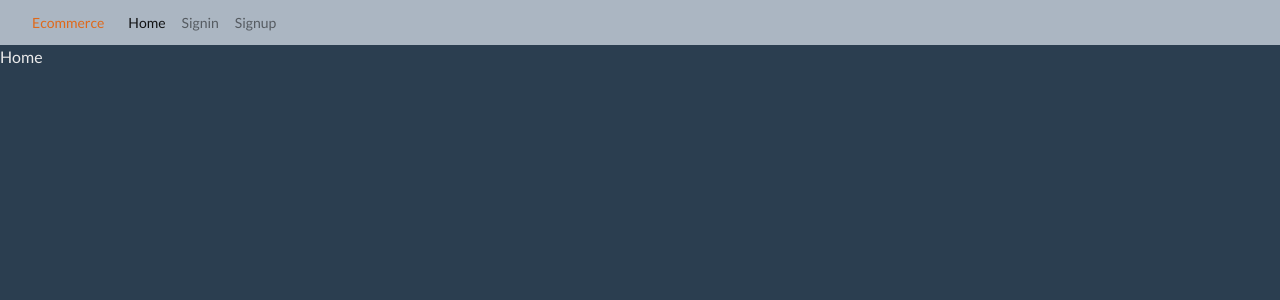
Repository: godlikeAlex/ecommerce-frontend-react
Page: /
These files come from the project's save history. The page is drawn as it stood at one moment and after the next save; the edit follows.
The browser window is 1280 px wide. The pictures show the whole page.
The project was rebuilt for these pictures with package versions that can differ from the ones it lists, and the page was loaded fresh each time. Also part of the build but not shown: src/components/Auth/SignIn.js, src/components/Auth/SignUp.js.

Above is the page before, as saved 2019-12-12 00:48:02.

### public/index.html
<!DOCTYPE html>
<html lang="en">
  <head>
    <meta charset="utf-8" />
    <link rel="icon" href="%PUBLIC_URL%/favicon.ico" />
    <meta name="viewport" content="width=device-width, initial-scale=1" />
    <meta name="theme-color" content="#000000" />
    <meta
      name="description"
      content="Web site created using create-react-app"
    />
    <link rel="apple-touch-icon" href="%PUBLIC_URL%/logo192.png" />
    <!--
      manifest.json provides metadata used when your web app is installed on a
      user's mobile device or desktop. See https://developers.google.com/web/fundamentals/web-app-manifest/
    -->
    <link rel="manifest" href="%PUBLIC_URL%/manifest.json" />
    <!--
      Notice the use of %PUBLIC_URL% in the tags above.
      It will be replaced with the URL of the `public` folder during the build.
      Only files inside the `public` folder can be referenced from the HTML.

      Unlike "/favicon.ico" or "favicon.ico", "%PUBLIC_URL%/favicon.ico" will
      work correctly both with client-side routing and a non-root public URL.
      Learn how to configure a non-root public URL by running `npm run build`.
    -->
    <link rel="stylesheet" href="https://bootswatch.com/4/superhero/bootstrap.min.css">
    <title>Express Ecomerce Application</title>
  </head>
  <body>
    <noscript>You need to enable JavaScript to run this app.</noscript>
    <div id="root"></div>
    <!--
      This HTML file is a template.
      If you open it directly in the browser, you will see an empty page.

      You can add webfonts, meta tags, or analytics to this file.
      The build step will place the bundled scripts into the <body> tag.

      To begin the development, run `npm start` or `yarn start`.
      To create a production bundle, use `npm run build` or `yarn build`.
    -->
  </body>
</html>

### src/App.js
import React from 'react';
import Routes from './Routes';

function App() {
  return (
    <div className="App">
      <Routes />
    </div>
  );
}

export default App;

### src/Routes.js
import React from 'react';
import {BrowserRouter as Router, Switch, Route} from 'react-router-dom';
import SignIn from './components/Auth/SignIn';
import SignUp from './components/Auth/SignUp';
import Home from './components/Core/MainPage';

const Routes = () => (
    <Router>
        <Switch>
            <Route path='/' exact component={Home} />
            <Route path='/signin' exact component={SignIn} />
            <Route path='/signup' exact component={SignUp} />
        </Switch>
    </Router>
);

export default Routes;

### src/components/Core/MainPage.js
import React from 'react';
import { Link, withRouter } from 'react-router-dom';
import Menu from './Menu';

const MainPage = () => {
    return (
        <div>
            <Menu />
            <div>Home</div>
        </div>
    )
};

export default MainPage;

### src/components/Core/Menu.js
import React from 'react';
import { Link } from 'react-router-dom';

const Menu = () => {
    return (
        <nav class="navbar navbar-expand-lg navbar-light bg-light">
            <Link className="nav-item nav-link" to="/">Ecommerce</Link>
            <button class="navbar-toggler" type="button" data-toggle="collapse" data-target="#navbarNavAltMarkup" aria-controls="navbarNavAltMarkup" aria-expanded="false" aria-label="Toggle navigation">
                <span class="navbar-toggler-icon"></span>
            </button>
            <div class="collapse navbar-collapse" id="navbarNavAltMarkup">
                <div class="navbar-nav">
                    <Link className="nav-item nav-link active" to="/">Home <span class="sr-only">(current)</span></Link>
                    <Link className="nav-item nav-link" to="/signin">Signin</Link>
                    <Link className="nav-item nav-link" to="/signup">Signup</Link>
                </div>
            </div>
        </nav>
    )
};

export default Menu;

Loaded but not shown: src/index.js (common file)

After the next save:
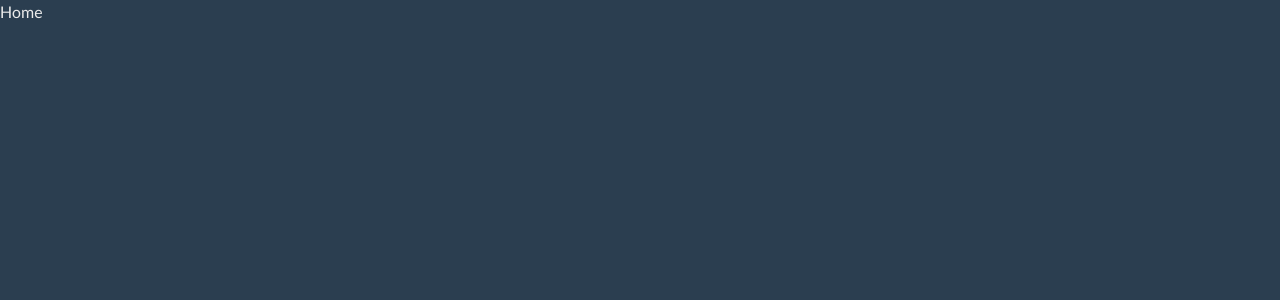
Saved 12 s later.
--- a/src/components/Core/MainPage.js
+++ b/src/components/Core/MainPage.js
@@ -1,11 +1,8 @@
 import React from 'react';
-import { Link, withRouter } from 'react-router-dom';
-import Menu from './Menu';
 
 const MainPage = () => {
     return (
         <div>
-            <Menu />
             <div>Home</div>
         </div>
     )

After the save that followed:
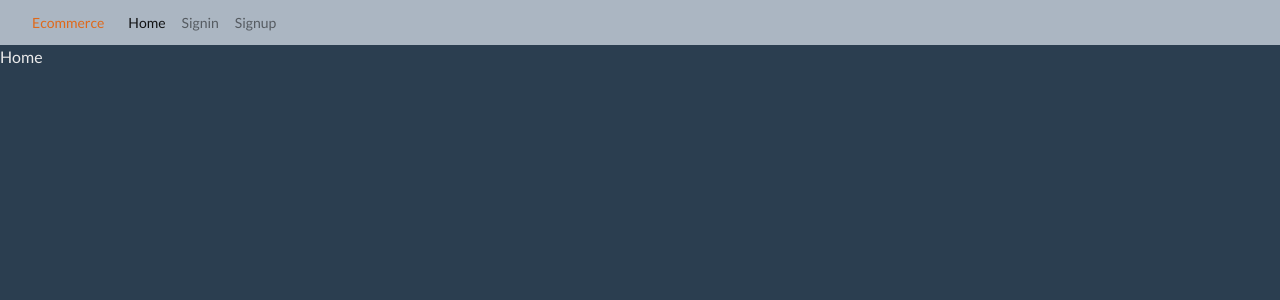
Saved 19 s later.
--- a/src/Routes.js
+++ b/src/Routes.js
@@ -3,9 +3,11 @@ import {BrowserRouter as Router, Switch, Route} from 'react-router-dom';
 import SignIn from './components/Auth/SignIn';
 import SignUp from './components/Auth/SignUp';
 import Home from './components/Core/MainPage';
+import Menu from './components/Core/Menu';
 
 const Routes = () => (
     <Router>
+        <Menu />
         <Switch>
             <Route path='/' exact component={Home} />
             <Route path='/signin' exact component={SignIn} />
